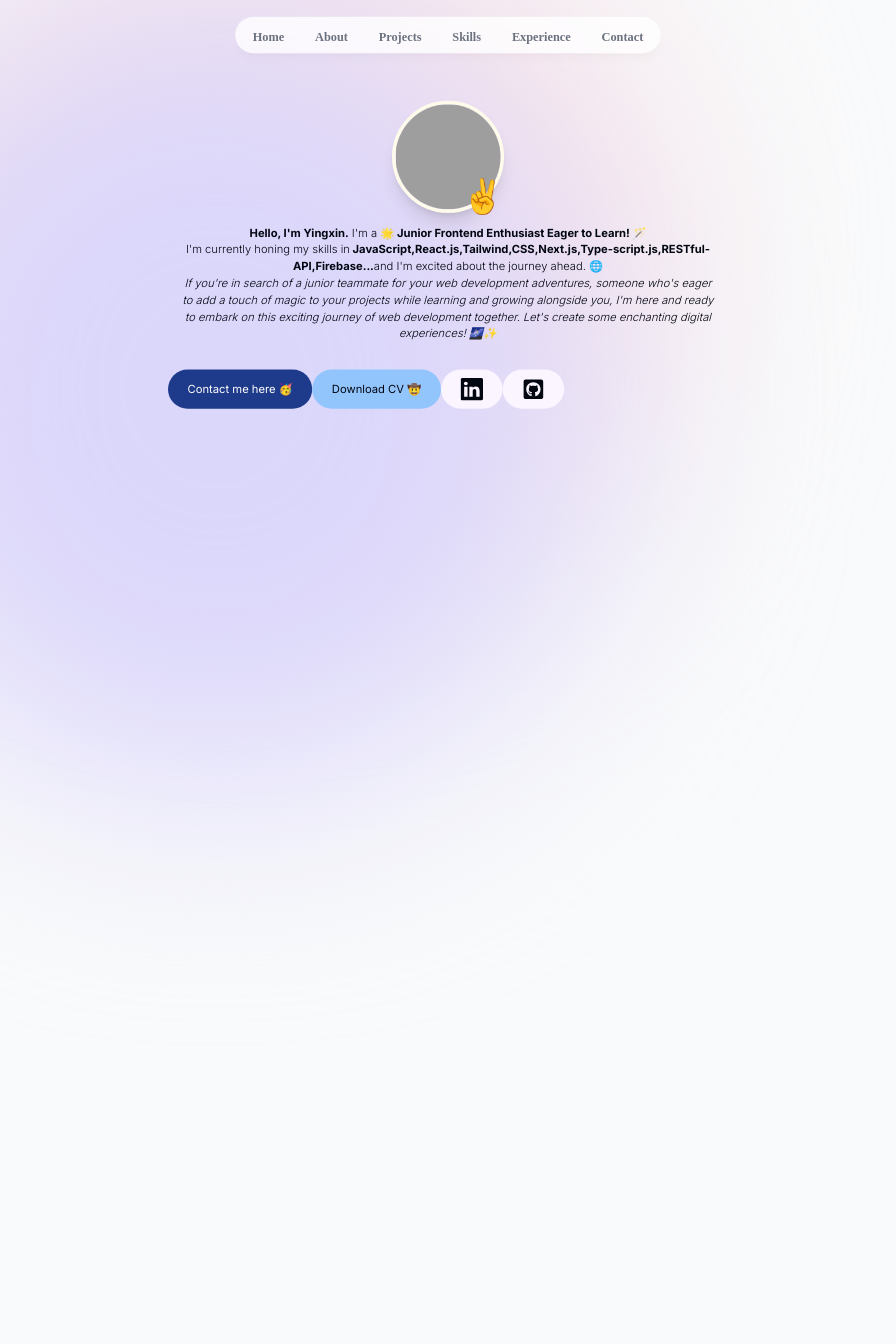
Repository: Tracy-maker/portfolio_website
Page: /
These files come from the project's save history. The page is drawn as it stood at one moment and after the next save; the edit follows.
The browser window is 1280 px wide. The pictures show the part of the page from y = 0 to 1920 px (the page is 5000 px tall), at 70% of full size.
Pictures or frames that could not be fetched are drawn as grey boxes. The project was rebuilt for these pictures with package versions that can differ from the ones it lists, and the page was loaded fresh each time. The framework's server and built-in components were replaced by stand-ins that run in the browser. Also part of the build but not shown: next.config.js.

Above is the page before, as saved 2023-10-06 11:35:40.

After the next save:
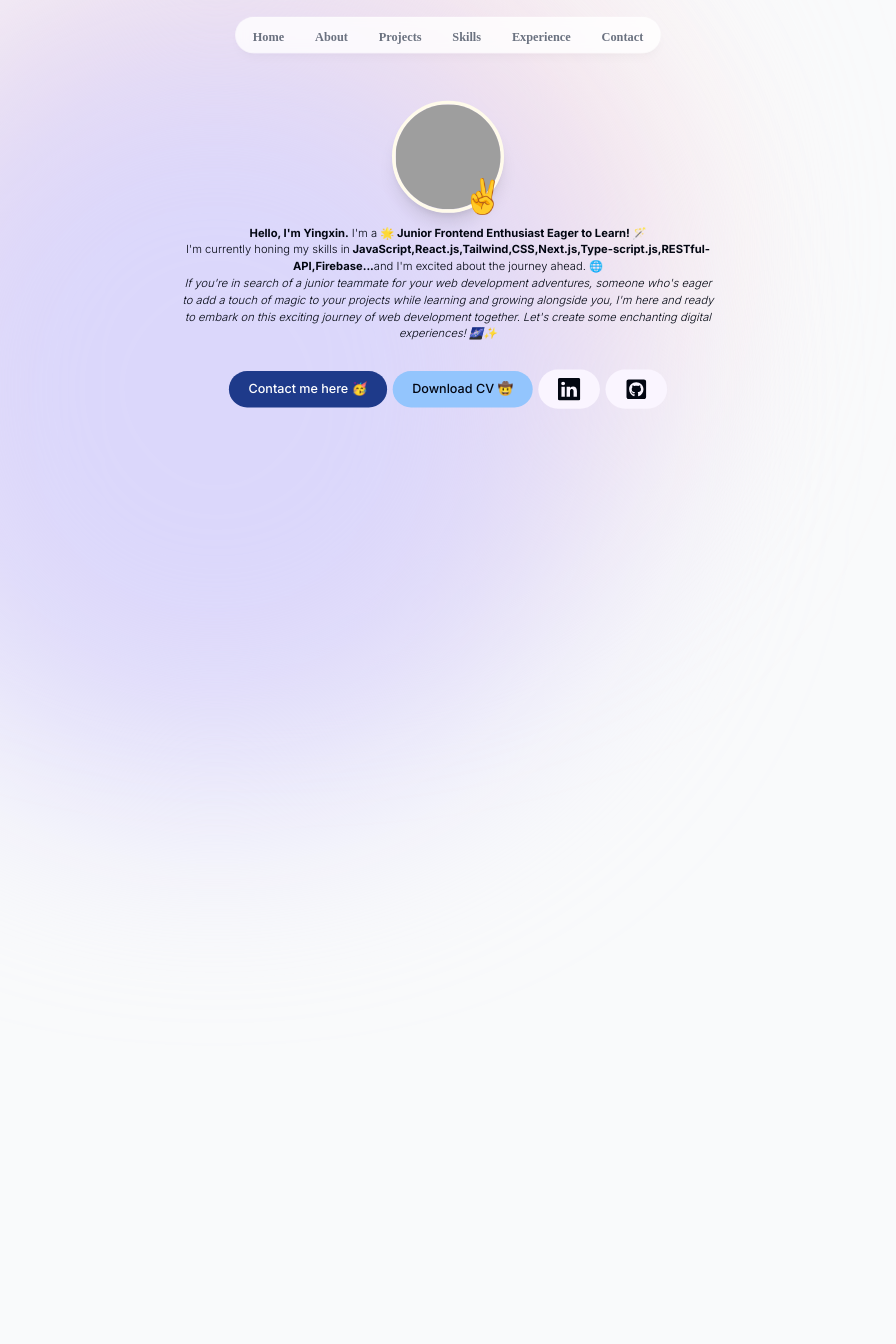
Saved 62 s later.
--- a/components/intro.tsx
+++ b/components/intro.tsx
@@ -72,7 +72,7 @@ export default function Intro() {
         </span>
       </motion.h6>
 
-      <motion.div className="flex flex-col sm:flex-row">
+      <motion.div className="flex flex-col sm:flex-row items-center justify-center gap-2 px-4 text-lg font-medium">
         <Link
           href="#contact"
           className="bg-blue-900 text-white px-7 py-3 flex items-center gap-2 rounded-full"
